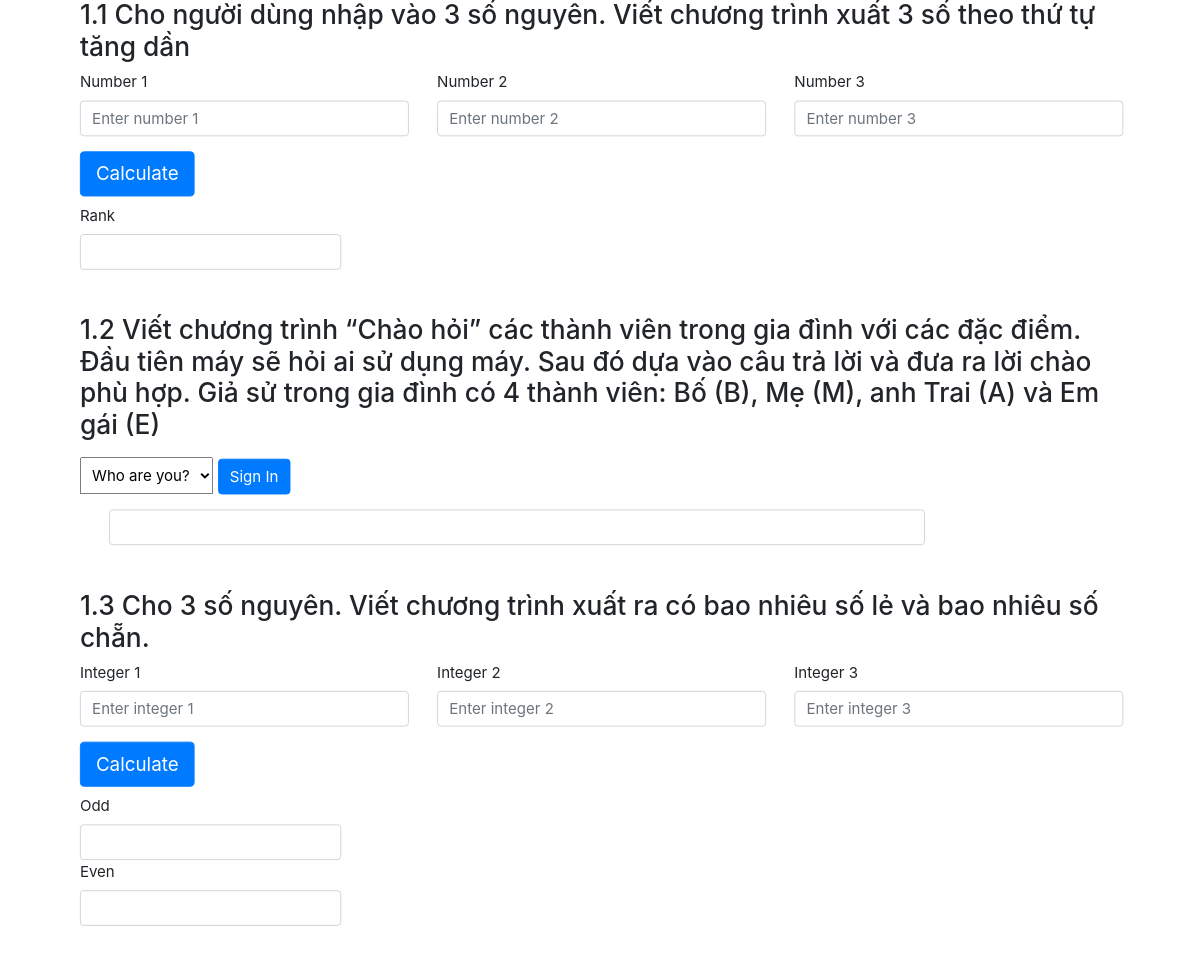
Repository: baobaodeveloper/bootscamp21__jsbasic__HuynhAnhBao
Page: index.html
These files come from the project's save history. The page is drawn as it stood at one moment and after the next save; the edit follows.
The browser window is 1280 px wide. The pictures show the whole page, at 94% of full size.

Above is the page before, as saved 2022-03-10 18:58:34.

### index.html
<!DOCTYPE html>
<html lang="en">
  <head>
    <title>javaScript basic</title>
    <!-- Required meta tags -->
    <meta charset="utf-8" />
    <meta
      name="viewport"
      content="width=device-width, initial-scale=1, shrink-to-fit=no"
    />

    <!-- Bootstrap CSS -->
    <link
      rel="stylesheet"
      href="https://stackpath.bootstrapcdn.com/bootstrap/4.3.1/css/bootstrap.min.css"
      integrity="sha384-ggOyR0iXCbMQv3Xipma34MD+dH/1fQ784/j6cY/iJTQUOhcWr7x9JvoRxT2MZw1T"
      crossorigin="anonymous"
    />
  </head>
  <body>
    <!-- Cho người dùng nhập vào 3 số nguyên. Viết chương trình xuất 3 số theo thứ tự tăng dần -->
    <div class="container mb-xl-5">
      <h3>
        1.1 Cho người dùng nhập vào 3 số nguyên. Viết chương trình xuất 3 số
        theo thứ tự tăng dần
      </h3>

      <div class="row">
        <div class="col">
          <label class="form-label">Number 1</label>
          <input
            type="text"
            class="form-control num1"
            placeholder="Enter number 1"
          />
        </div>
        <div class="col">
          <label class="form-label">Number 2</label>
          <input
            type="number"
            class="form-control num2"
            placeholder="Enter number 2"
          />
        </div>
        <div class="col">
          <label class="form-label">Number 3</label>
          <input
            type="number"
            class="form-control num3"
            placeholder="Enter number 3"
          />
        </div>
      </div>

      <button type="button " class="btn btn-primary btn-lg mt-3 mb-2 btn-rank">
        Calculate
      </button>

      <div class="mt-3 m-auto">
        <label class="form-label">Rank</label>
        <input type="text" class="form-control w-25 result1" />
      </div>
    </div>

    <!-- Viết chương trình “Chào hỏi” các thành viên trong gia đình với các đặc điểm. Đầu tiên máy
    sẽ hỏi ai sử dụng máy. Sau đó dựa vào câu trả lời và đưa ra lời chào phù hợp. Giả sử trong
    gia đình có 4 thành viên: Bố (B), Mẹ (M), anh Trai (A) và Em gái (E) -->
    <div class="container mb-5">
      <h3 class="mb-3">
        1.2 Viết chương trình “Chào hỏi” các thành viên trong gia đình với các
        đặc điểm. Đầu tiên máy sẽ hỏi ai sử dụng máy. Sau đó dựa vào câu trả lời
        và đưa ra lời chào phù hợp. Giả sử trong gia đình có 4 thành viên: Bố
        (B), Mẹ (M), anh Trai (A) và Em gái (E)
      </h3>

      <select class="form-select p-2" aria-label="Default select example">
        <option selected>Who are you?</option>
        <option value="M">M</option>
        <option value="B">B</option>
        <option value="A">A</option>
        <option value="E">E</option>
      </select>

      <button type="button" class="btn btn-primary btn-sign-in">Sign In</button>

      <div class="m-3 row">
        <div class="col-sm-10">
          <input
            type="text"
            class="form-control output-sign-in"
            id="inputPassword"
          />
        </div>
      </div>
    </div>

    <!--  1.3 Cho 3 số nguyên. Viết chương trình xuất ra có bao nhiêu số lẻ và bao nhiêu số chẵn.-->
    <div class="container mb-xl-5">
      <h3>
        1.3 Cho 3 số nguyên. Viết chương trình xuất ra có bao nhiêu số lẻ và bao
        nhiêu số chẵn.
      </h3>

      <div class="row">
        <div class="col">
          <label class="form-label">Integer 1</label>
          <input
            type="text"
            class="form-control integer1"
            placeholder="Enter integer 1"
          />
        </div>
        <div class="col">
          <label class="form-label">Integer 2</label>
          <input
            type="number"
            class="form-control integer2"
            placeholder="Enter integer 2"
          />
        </div>
        <div class="col">
          <label class="form-label">Integer 3</label>
          <input
            type="number"
            class="form-control integer3"
            placeholder="Enter integer 3"
          />
        </div>
      </div>

      <button
        type="button "
        class="btn btn-primary btn-lg mt-3 mb-2 btn-integer"
      >
        Calculate
      </button>

      <div class="mt-3 m-auto">
        <label class="form-label">Odd</label>
        <input type="text" class="form-control w-25 outputOdd" />
      </div>
      <div class="mt-3 m-auto">
        <label class="form-label">Even</label>
        <input type="text" class="form-control w-25 outputEven" />
      </div>
    </div>

    <!-- Optional JavaScript -->
    <!-- jQuery first, then Popper.js, then Bootstrap JS -->
    <script
      src="https://code.jquery.com/jquery-3.3.1.slim.min.js"
      integrity="sha384-q8i/X+965DzO0rT7abK41JStQIAqVgRVzpbzo5smXKp4YfRvH+8abtTE1Pi6jizo"
      crossorigin="anonymous"
    ></script>
    <script
      src="https://cdnjs.cloudflare.com/ajax/libs/popper.js/1.14.7/umd/popper.min.js"
      integrity="sha384-UO2eT0CpHqdSJQ6hJty5KVphtPhzWj9WO1clHTMGa3JDZwrnQq4sF86dIHNDz0W1"
      crossorigin="anonymous"
    ></script>
    <script
      src="https://stackpath.bootstrapcdn.com/bootstrap/4.3.1/js/bootstrap.min.js"
      integrity="sha384-JjSmVgyd0p3pXB1rRibZUAYoIIy6OrQ6VrjIEaFf/nJGzIxFDsf4x0xIM+B07jRM"
      crossorigin="anonymous"
    ></script>

    <!-- <script src="exercise1.js"></script> -->
    <!-- <script src="exercise2.js"></script> -->
    <script src="exercise3.js"></script>
  </body>
</html>

### exercise3.js
const interger1 = document.querySelector(".integer1");
const interger2 = document.querySelector(".integer2");
const interger3 = document.querySelector(".integer3");
const btnInteger = document.querySelector(".btn-integer");
const outputOdd = document.querySelector(".outputOdd");
const outputEven = document.querySelector(".outputEven");
btnInteger.addEventListener("click", () => {
  let odd = 0;
  let even = 0;

  odd = +interger1.value % 2 === 0 ? even++ : odd++;
  odd = +interger2.value % 2 === 0 ? even++ : odd++;
  odd = +interger3.value % 2 === 0 ? even++ : odd++;

  outputOdd.value = odd;
  outputEven.value = even;
});

After the next save:
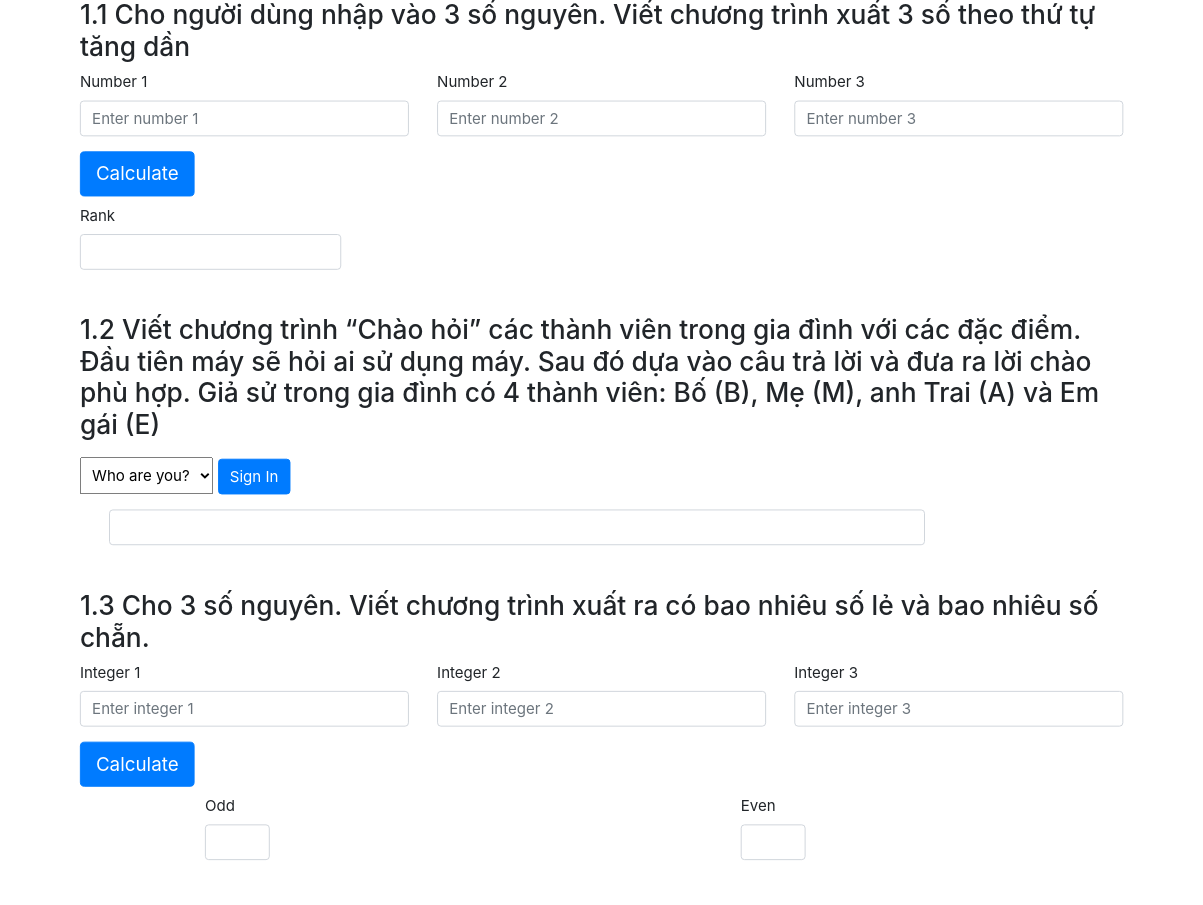
Saved 24 s later.
--- a/index.html
+++ b/index.html
@@ -134,14 +134,15 @@
       >
         Calculate
       </button>
-
-      <div class="mt-3 m-auto">
-        <label class="form-label">Odd</label>
-        <input type="text" class="form-control w-25 outputOdd" />
-      </div>
-      <div class="mt-3 m-auto">
-        <label class="form-label">Even</label>
-        <input type="text" class="form-control w-25 outputEven" />
+      <div class="row">
+        <div class="mt-3 m-auto">
+          <label class="form-label">Odd</label>
+          <input type="text" class="form-control w-25 outputOdd" />
+        </div>
+        <div class="mt-3 m-auto">
+          <label class="form-label">Even</label>
+          <input type="text" class="form-control w-25 outputEven" />
+        </div>
       </div>
     </div>
 
